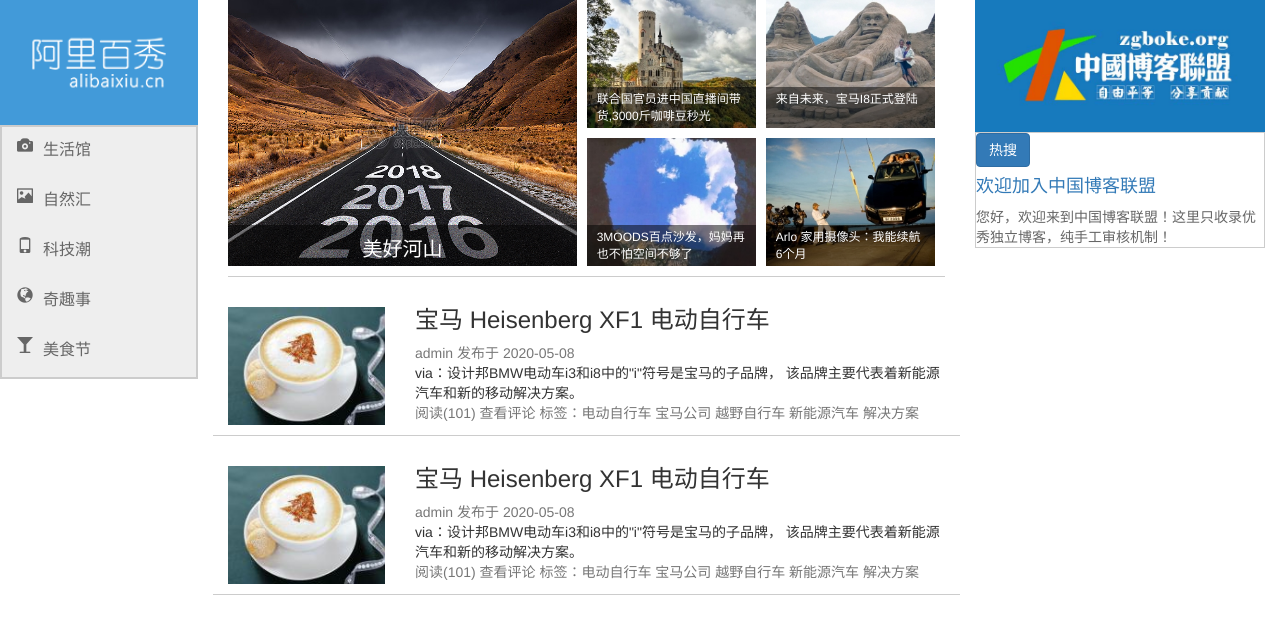
Repository: zhangwen001208/bootstrap-demo
Page: index.html
The author's editor kept a copy of each file at every save. The page is drawn from the files as they stood at one save, then again after the next save.
The browser window is 1280 px wide. The pictures show the whole page.

Above is the page before, as saved 2022-09-08 16:54:39.

After the next save:
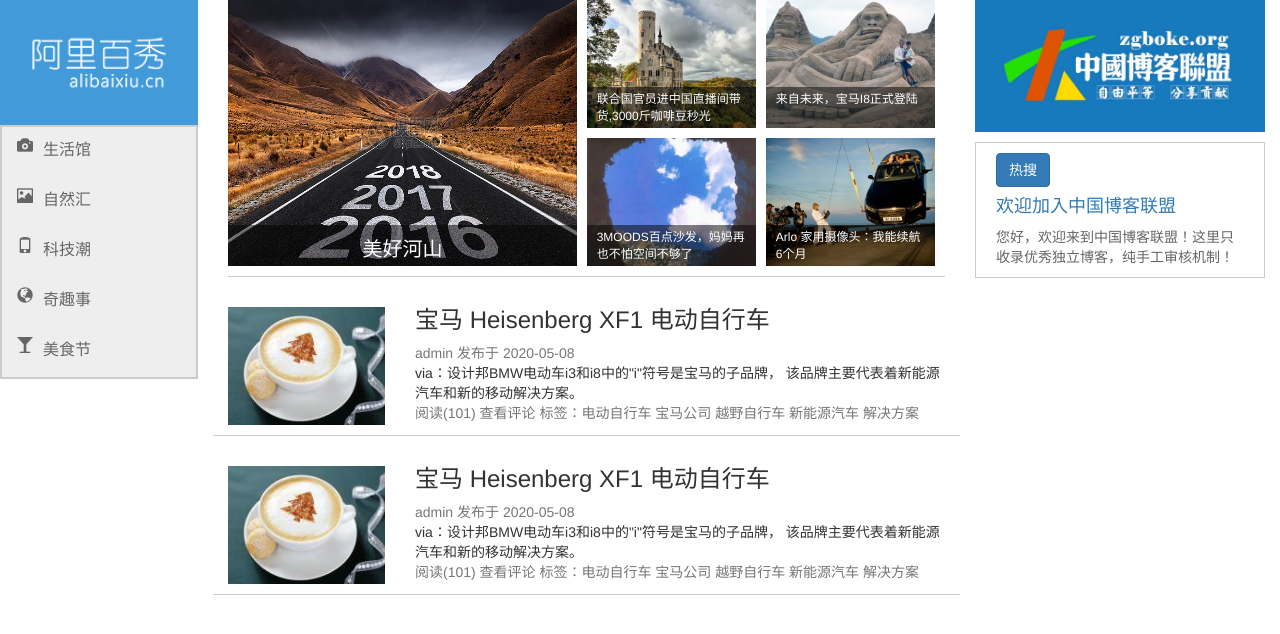
Saved 32 s later.
--- a/css/index.css
+++ b/css/index.css
@@ -139,4 +139,6 @@
 .hot {
     display: block;
     border: 1px solid #ccc;
+    padding: 10px 20px;
+    margin-top: 10px;
 }
